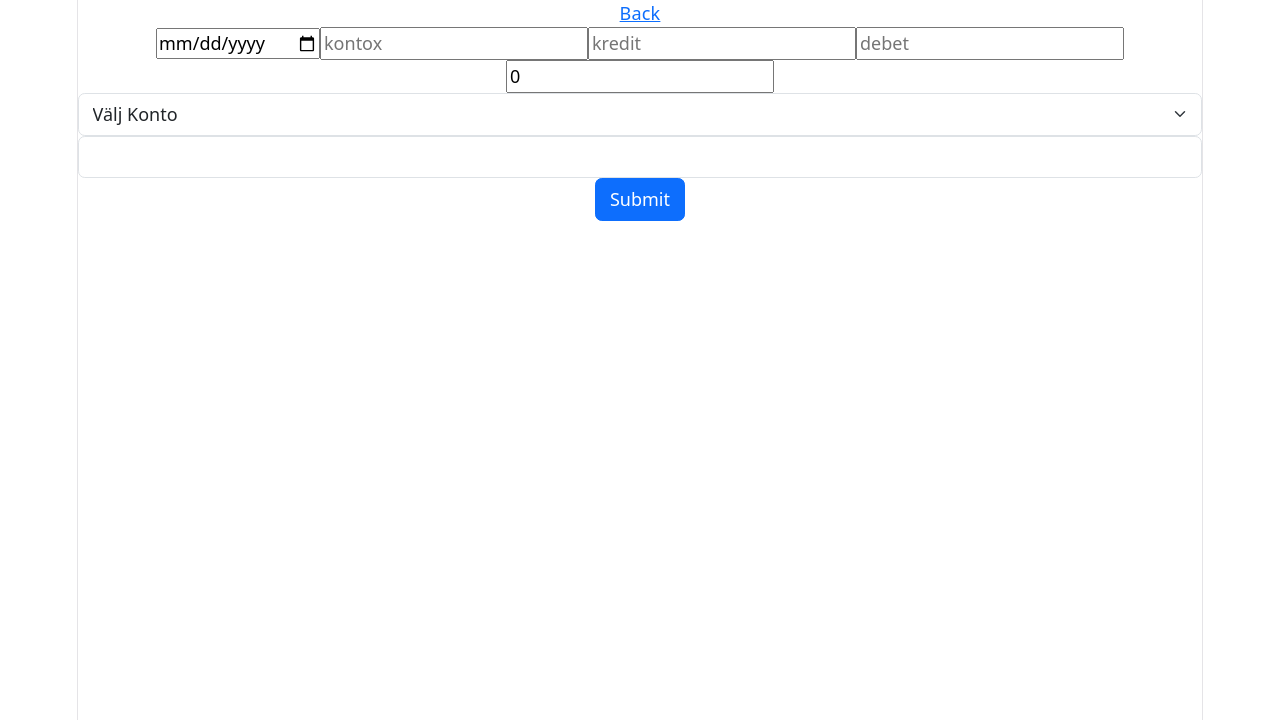
Repository: supply24/kidsaccount
Page: /action
An editor plug-in stored every save of this project. The page is shown before and after the next save, followed by the edit.
The browser window is 1280 px wide. The pictures show the whole page.
The page's requests for data from a server got no answer. The project was rebuilt for these pictures with package versions that can differ from the ones it lists, and the page was loaded fresh each time. No one was signed in, and anything a server would have sent is missing. Also part of the build but not shown: vite.config.js, src/App.css, src/App.jsx, src/Homing.jsx, src/Emilia.jsx, src/Alexander.jsx.

Above is the page before, as saved 2026-07-31 11:18:27.

### index.html
<!doctype html>
<html lang="en">
  <head>
    <meta charset="UTF-8" />
    <link rel="icon" type="image/svg+xml" href="/favicon.svg" />
    <meta name="viewport" content="width=device-width, initial-scale=1.0" />
    <title>accounter</title>
    <link
  rel="stylesheet"
  href="https://cdn.jsdelivr.net/npm/bootstrap@5.3.5/dist/css/bootstrap.min.css"
  integrity="sha384-SgOJa3DmI69IUzQ2PVdRZhwQ+dy64/BUtbMJw1MZ8t5HZApcHrRKUc4W0kG879m7"
  crossorigin="anonymous"
/>
  </head>
  <body>
    <div id="root"></div>
    <script type="module" src="/src/main.jsx"></script>
  </body>
</html>

### src/main.jsx
import { StrictMode } from 'react'
import { createRoot } from 'react-dom/client'
import { createBrowserRouter, RouterProvider } from 'react-router-dom'
import './index.css'
import App from './App.jsx'
import Homing from "./Homing.jsx"
import Actions from "./Actions.jsx"
import Emilia from "./Emilia.jsx"
import Alexander from "./Alexander.jsx"

const router = createBrowserRouter ([
{path:"/",
  element:<Homing/>
}  ,
{path:"/action",
  element:<Actions/>
},
{path:"/emlia",
  element:<Emilia/>
},
{path:"/alex",
  element:<Alexander/>
}
])

createRoot(document.getElementById('root')).render(
  <StrictMode>
    <RouterProvider router={router}/>
  </StrictMode>,
)

### src/index.css
:root {
  --text: #6b6375;
  --text-h: #08060d;
  --bg: #fff;
  --border: #e5e4e7;
  --code-bg: #f4f3ec;
  --accent: #aa3bff;
  --accent-bg: rgba(170, 59, 255, 0.1);
  --accent-border: rgba(170, 59, 255, 0.5);
  --social-bg: rgba(244, 243, 236, 0.5);
  --shadow:
    rgba(0, 0, 0, 0.1) 0 10px 15px -3px, rgba(0, 0, 0, 0.05) 0 4px 6px -2px;

  --sans: system-ui, 'Segoe UI', Roboto, sans-serif;
  --heading: system-ui, 'Segoe UI', Roboto, sans-serif;
  --mono: ui-monospace, Consolas, monospace;

  font: 18px/145% var(--sans);
  letter-spacing: 0.18px;
  color-scheme: light dark;
  color: var(--text);
  background: var(--bg);
  font-synthesis: none;
  text-rendering: optimizeLegibility;
  -webkit-font-smoothing: antialiased;
  -moz-osx-font-smoothing: grayscale;

  @media (max-width: 1024px) {
    font-size: 16px;
  }
}

@media (prefers-color-scheme: dark) {
  :root {
    --text: #9ca3af;
    --text-h: #f3f4f6;
    --bg: #16171d;
    --border: #2e303a;
    --code-bg: #1f2028;
    --accent: #c084fc;
    --accent-bg: rgba(192, 132, 252, 0.15);
    --accent-border: rgba(192, 132, 252, 0.5);
    --social-bg: rgba(47, 48, 58, 0.5);
    --shadow:
      rgba(0, 0, 0, 0.4) 0 10px 15px -3px, rgba(0, 0, 0, 0.25) 0 4px 6px -2px;
  }

  #social .button-icon {
    filter: invert(1) brightness(2);
  }
}

body {
  margin: 0;
}

#root {
  width: 1126px;
  max-width: 100%;
  margin: 0 auto;
  text-align: center;
  border-inline: 1px solid var(--border);
  min-height: 100svh;
  display: flex;
  flex-direction: column;
  box-sizing: border-box;
}

h1,
h2 {
  font-family: var(--heading);
  font-weight: 500;
  color: var(--text-h);
}

h1 {
  font-size: 56px;
  letter-spacing: -1.68px;
  margin: 32px 0;
  @media (max-width: 1024px) {
    font-size: 36px;
    margin: 20px 0;
  }
}
h2 {
  font-size: 24px;
  line-height: 118%;
  letter-spacing: -0.24px;
  margin: 0 0 8px;
  @media (max-width: 1024px) {
    font-size: 20px;
  }
}
p {
  margin: 0;
}

code,
.counter {
  font-family: var(--mono);
  display: inline-flex;
  border-radius: 4px;
  color: var(--text-h);
}

code {
  font-size: 15px;
  line-height: 135%;
  padding: 4px 8px;
  background: var(--code-bg);
}

### src/Actions.jsx
import React, {useEffect, useState} from 'react'
import {Col, Row, Button, Form} from "react-bootstrap"
import { createClient } from "@supabase/supabase-js"
import {supabase} from "./data/Export/Supabase.jsx"
import number from "./data/Export/Numbers.jsx"
import {Link} from "react-router-dom"

const Actions = () => {
  const [konto, setKonto]=useState("")
  const [numbers, setNumbers]=useState("")
  const [datetime, setDatetime]=useState("")
  const [kredit, setKredit]=useState("")
  const [debet, setDebet]=useState("")
  const [kontox, setKontox]=useState("")
  const [accounter, setAccounter]=useState("")
  const [ setSumx ]=useState("")

  const handleNumbers =(e)=>{
    setNumbers(e.target.value)
  }

  const handleDatetime=(e)=>{
    setDatetime(e.target.value)
      }

      const handleKredit = (e)=>{
        setKredit(e.target.value)
      }
      const handleDebet = (e)=>{
        setDebet(e.target.value)
      }

      const handleKontox = (e)=>{
        setKontox(e.target.value)
      }
      const handleSumx = (e)=>{
        setSumx(e.target.value)
      }

            const sumx = (debet) - (kredit)

      const payload= [{
    konto :{ kredit, debet, kontox, sumx}, datetime
               }]
      const handleSubmit=async(e)=>{
        e.preventDefault()
          const {data, error} = await supabase.from("Accounting").insert(payload);
          if(error)
            console.error("error yes", error)
            else{
              console.error("konto info", data)
      }}

      useEffect(()=>{
        getCounts()
      },[]
      )

      async function getCounts(){
        const {data, error} = await supabase.from("Accounting").select("*")
        setAccounter(data)
        console.log("konton hämtade", data ? data: "no fetch")
      }




  return (
    <div>
      <Link to="/">Back</Link>
      <Form onSubmit={handleSubmit}>
<input type="date" value={datetime} onChange={handleDatetime} />
<input type="text" value={kontox} onChange={handleKontox} placeholder='kontox'/>
<input type="number" value={kredit} onChange={handleKredit} placeholder='kredit'/>
<input type="number" value={debet} onChange={handleDebet} placeholder='debet'/>
<input type="number" value={sumx} onChange={handleSumx} placeholder='sumx'/>

        <Form.Group>
          <Form.Select
          type="dropdown"
          onChange={(e)=>setKonto(e.target.value)}>
            <option value={konto}>Välj Konto</option>
            {number.map((account)=>(
              <option key={account.id}>{account.kontox}</option>
            ))}
</Form.Select>
<Form.Control>
    </Form.Control>
        </Form.Group>
        <Button type="submit">Submit</Button>

         </Form>   </div>
  )
}

export default Actions

### src/data/Export/Supabase.jsx
import React from "react";
import {createClient} from '@supabase/supabase-js'

/*
const supabaseUrl = 'https://rfzavnmxfanengjuapns.supabase.co'
//const supabaseKey = process.env.SUPABASE_KEY
const supabaseKey= "eyJhbGciOiJIUzI1NiIsInR5cCI6IkpXVCJ9.eyJpc3MiOiJzdXBhYmFzZSIsInJlZiI6InJmemF2bm14ZmFuZW5nanVhcG5zIiwicm9sZSI6ImFub24iLCJpYXQiOjE3ODQ3NzUzMzMsImV4cCI6MjEwMDM1MTMzM30.uY-HxfNB9RcQpFpu75w03NXVAMYMurzfTEnpVtIfYG8"
const supabase = createClient(supabaseUrl, supabaseKey)
*/

export const supabase = createClient(
    import.meta.env.VITE_SUPABASE_URL,
    import.meta.env.VITE_SUPABASE_PUBLISHABLE_DEFAULT_KEY
)

### src/data/Export/Numbers.jsx
const number = [
    {id:"101", kontox:"128", debet:"", kredit:""},
    {id:"201", kontox:"199",  debet:"", kredit:""},
       {id:"301", kontox:"112",  debet:"", kredit:""},
           {id:"501", kontox:"562",  debet:"", kredit:""}
]

export default number

After the next save:
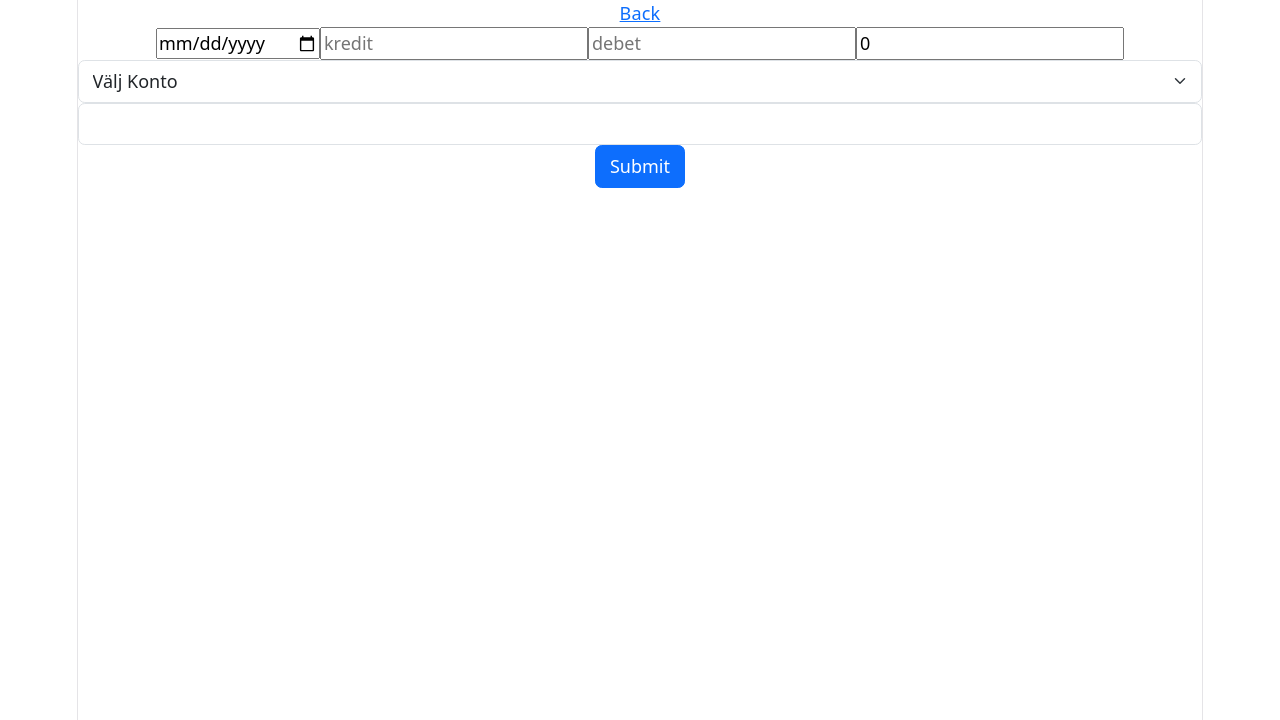
Saved 18 h 3 min later.
--- a/src/Actions.jsx
+++ b/src/Actions.jsx
@@ -70,7 +70,6 @@ const Actions = () => {
       <Link to="/">Back</Link>
       <Form onSubmit={handleSubmit}>
 <input type="date" value={datetime} onChange={handleDatetime} />
-<input type="text" value={kontox} onChange={handleKontox} placeholder='kontox'/>
 <input type="number" value={kredit} onChange={handleKredit} placeholder='kredit'/>
 <input type="number" value={debet} onChange={handleDebet} placeholder='debet'/>
 <input type="number" value={sumx} onChange={handleSumx} placeholder='sumx'/>
@@ -78,8 +77,8 @@ const Actions = () => {
         <Form.Group>
           <Form.Select
           type="dropdown"
-          onChange={(e)=>setKonto(e.target.value)}>
-            <option value={konto}>Välj Konto</option>
+          onChange={(e)=>setKontox(e.target.value)}>
+            <option value={kontox}>Välj Konto</option>
             {number.map((account)=>(
               <option key={account.id}>{account.kontox}</option>
             ))}
